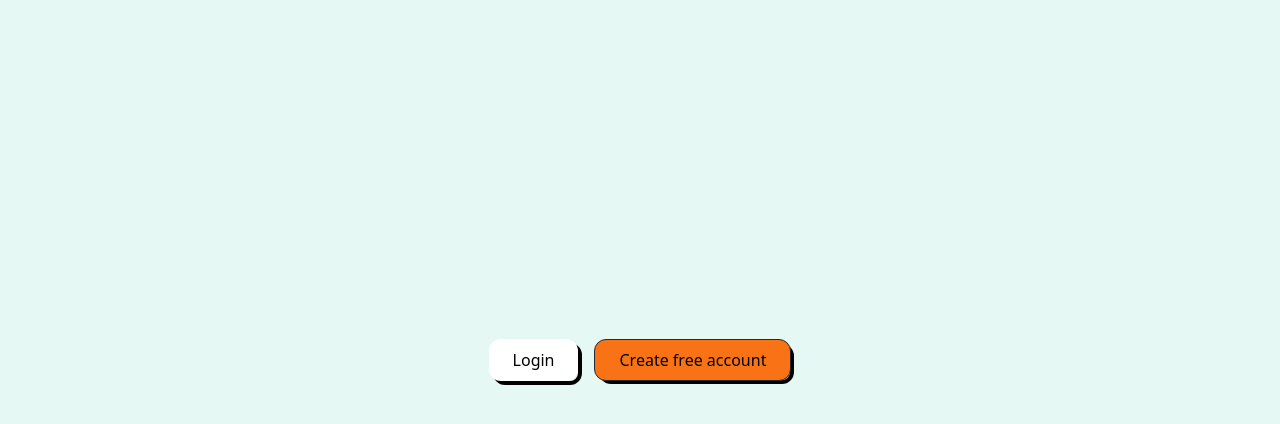
Repository: trusha97/postpilot
Page: button.html
These files come from the project's save history. The page is drawn as it stood at one moment and after a run of saves; the edit follows.
The browser window is 1280 px wide. The pictures show the whole page.
Some web libraries are served in a nearby version.

Above is the page before, as saved 2025-05-18 18:07:31.

After the next 2 saves:
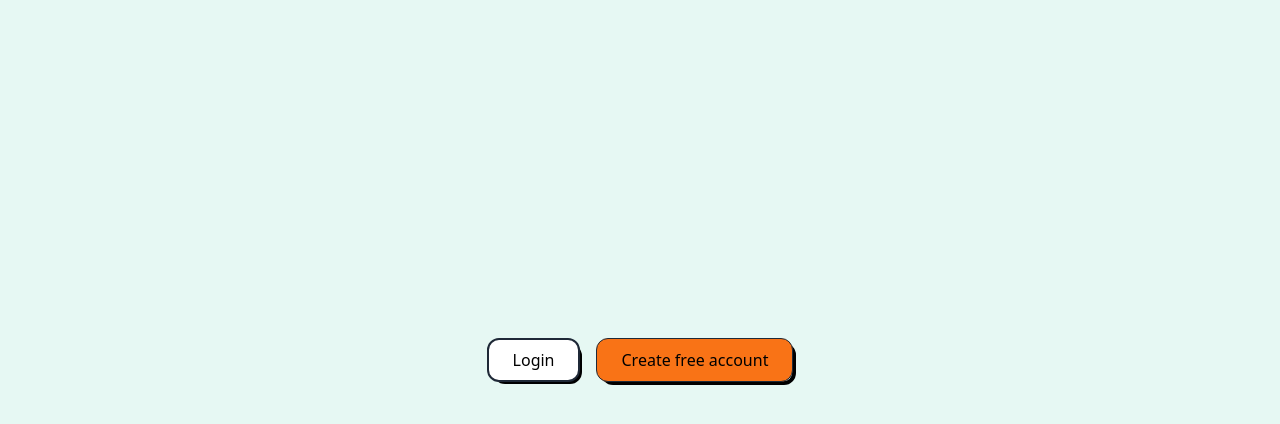
The 2 saves are shown as one change because they came seconds apart.
The last was saved 6 s later.
--- a/button.html
+++ b/button.html
@@ -11,7 +11,7 @@
 
   <div class="flex gap-4">
     <!-- Login Button -->
-    <button class="relative text-black font-medium borderborder-4 border-gray-800 bg-white px-6 py-2 rounded-xl">
+    <button class="relative text-black font-medium border border-2 border-gray-800 bg-white px-6 py-2 rounded-xl">
       <span class="absolute inset-0 rounded-xl border-4 border-black translate-x-1 translate-y-1 -z-10"></span>
       Login
     </button>
